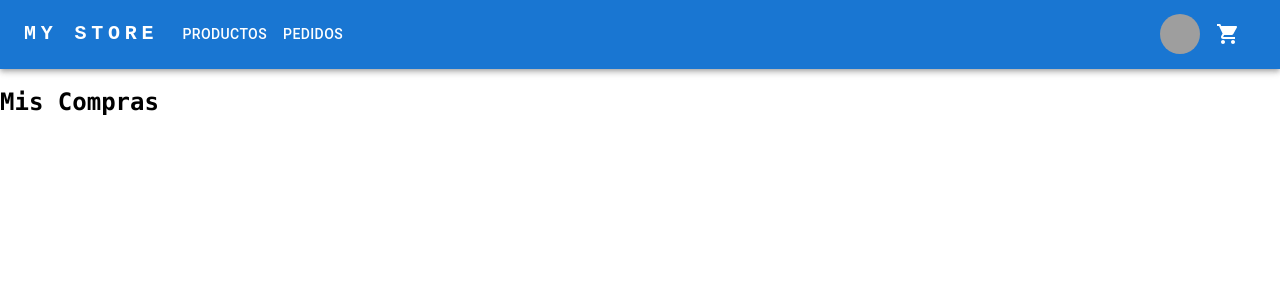
Repository: DanielBorussia/front-my-store
Page: /OrderList
An editor plug-in stored every save of this project. The page is shown before and after the next save, followed by the edit.
The browser window is 1280 px wide. The pictures show the whole page.
Pictures or frames that could not be fetched are drawn as grey boxes. The project was rebuilt for these pictures with package versions that can differ from the ones it lists, and the page was loaded fresh each time. Also part of the build but not shown: src/components/OrderItem.js, src/containers/MyOrderPreview.js, src/components/ProductItem.js, src/hooks/useGetProducts.js, src/shared/Loading.js, src/containers/ProductList.js, src/pages/Home.js.

Above is the page before, as saved 2023-07-01 16:27:04.

### src/index.js
import React from 'react';
import ReactDOM from 'react-dom/client';
import './index.css';
import App from './routes/App';
import reportWebVitals from './reportWebVitals';

const root = ReactDOM.createRoot(document.getElementById('root'));
root.render(
  <React.StrictMode>
    <App />
  </React.StrictMode>
);

// If you want to start measuring performance in your app, pass a function
// to log results (for example: reportWebVitals(console.log))
// or send to an analytics endpoint. Learn more: https://bit.ly/CRA-vitals
reportWebVitals();

### src/index.css
body {
  margin: 0;
  -webkit-font-smoothing: antialiased;
  -moz-osx-font-smoothing: grayscale;
  font-family: source-code-pro, Menlo, Monaco, Consolas, "Courier New",
  monospace;
}

### src/routes/App.js
import React from 'react';
import { BrowserRouter, Routes, Route } from 'react-router-dom';
import useInitialState from '../hooks/useInitialState';
import AppContext from '../context/AppContext';
import Layout from '../containers/Layout';
import Home from '../pages/Home';
import ShoppingList from '../containers/ShoppingList';

const App = () => {
    const initialState = useInitialState();
    return (
        //encapsular la aplicacion para compartir la informacion
        <AppContext.Provider value={initialState}>
        <BrowserRouter>
            <Layout>
            <Routes>
                <Route exact path="/" element={<Home/>} />
                <Route exact path="/OrderList" element={<ShoppingList/>} />
            </Routes>
            </Layout>
        </BrowserRouter>
        </AppContext.Provider>

    );
}

export default App;

### src/hooks/useInitialState.js
import { useState } from 'react';

const initialState = {
    cart: [],
}

const useInitialState = () => {
    const [state, setState] = useState(initialState);

    const addToCart = (payload) => {
        setState({
            ...state,
            cart: [...state.cart, payload]
        });
    };

    const removeFromCart = (payload) => {
        setState({
            ...state,
            cart: state.cart.filter(item => item.id != payload.id),
        })
    }

    return {
        state,
        addToCart,
        removeFromCart
    }
}

export default useInitialState;

### src/containers/Layout.js
import React from 'react';
import Header from '../components/Header';

const Layout = ({ children }) => {
	return (
		<div className="Layout">
			<Header />
			{children}
		</div>
	);
}

export default Layout;

### src/containers/ShoppingList.js
import { useState } from "react";
// UI
import ShoppingItem from "../components/ShoppingItem";
import { Box } from "@mui/material";

const ShoppingList = () => {
    const [orders, setOrders] = useState([
        {
            id: 1,
            total: 1200,
            cide: '45SADASD',
            products:[
                {
                    id: 1,
                    title: 'product 1',
                    image: 'https://assets.adidas.com/images/w_280,h_280,f_auto,q_auto:sensitive/d1d0a4a589d44010bb8daacd00a85d46_9366/FM3897_250_FM3897_01_laydown.jpg.jpg'
                },
                {
                    id: 2,
                    title: 'product 2',
                    image: 'https://assets.adidas.com/images/w_280,h_280,f_auto,q_auto:sensitive/42c462d2f5d94d80930bae6701225f46_9366/HG7757_120_HG7757_03_standard.jpg.jpg'
                }
            ]
        }
    ]);

    return (
        <section className="main__container">
            <h1>Mis Compras</h1>
            <Box className="soppingList">
                {orders.map(order => (
                    <ShoppingItem order={order} key={order.id} />
                ))}
            </Box>

    </section>
    );
}

export default ShoppingList;

### src/components/Header.js
import React, { useContext, useState } from 'react';
// UI
import AppBar from '@mui/material/AppBar';
import Box from '@mui/material/Box';
import Toolbar from '@mui/material/Toolbar';
import IconButton from '@mui/material/IconButton';
import Typography from '@mui/material/Typography';
import Menu from '@mui/material/Menu';
import MenuIcon from '@mui/icons-material/Menu';
import Container from '@mui/material/Container';
import Avatar from '@mui/material/Avatar';
import Button from '@mui/material/Button';
import Tooltip from '@mui/material/Tooltip';
import MenuItem from '@mui/material/MenuItem';
import AdbIcon from '@mui/icons-material/Adb';
import ShoppingCartIcon from '@mui/icons-material/ShoppingCart';
import AppContext from '../context/AppContext';
import MyOrderPreview from '../containers/MyOrderPreview';

const pages = ['Productos', 'Pedidos'];
const settings = ['Perfil', 'Mis Pedidos', 'Salir'];

const Header = () => {
    const { state } = useContext(AppContext);
    const [anchorElNav, setAnchorElNav] = useState(null);
    const [anchorElUser, setAnchorElUser] = useState(null);
    const [toggleOrderPreview, setToggleOrderPreview] = useState(false);

    const handleOpenNavMenu = (event) => {
        setAnchorElNav(event.currentTarget);
    };

    const handleOpenUserMenu = (event) => {
        setAnchorElUser(event.currentTarget);
    };

    const handleCloseNavMenu = () => {
        setAnchorElNav(null);
    };

    const handleCloseUserMenu = () => {
        setAnchorElUser(null);
    };

    return (
    <AppBar position="static">
      <Container maxWidth="xl">
        <Toolbar disableGutters>
          <Typography
            variant="h6"
            noWrap
            component="a"
            href="/"
            sx={{
              mr: 2,
              display: { xs: 'none', md: 'flex' },
              fontFamily: 'monospace',
              fontWeight: 700,
              letterSpacing: '.3rem',
              color: 'inherit',
              textDecoration: 'none',
            }}
          >
            MY STORE
          </Typography>

          <Box sx={{ flexGrow: 1, display: { xs: 'flex', md: 'none' } }}>
            <IconButton
              size="large"
              aria-label="account of current user"
              aria-controls="menu-appbar"
              aria-haspopup="true"
              onClick={handleOpenNavMenu}
              color="inherit"
            >
              <MenuIcon />
            </IconButton>
            <Menu
              id="menu-appbar"
              anchorEl={anchorElNav}
              anchorOrigin={{
                vertical: 'bottom',
                horizontal: 'left',
              }}
              keepMounted
              transformOrigin={{
                vertical: 'top',
                horizontal: 'left',
              }}
              open={Boolean(anchorElNav)}
              onClose={handleCloseNavMenu}
              sx={{
                display: { xs: 'block', md: 'none' },
              }}
            >
              {pages.map((page) => (
                <MenuItem key={page} onClick={handleCloseNavMenu}>
                  <Typography textAlign="center">{page}</Typography>
                </MenuItem>
              ))}
            </Menu>
          </Box>
          <AdbIcon sx={{ display: { xs: 'flex', md: 'none' }, mr: 1 }} />


          <Typography
            variant="h5"
            noWrap
            component="a"
            href=""
            sx={{
              mr: 2,
              display: { xs: 'flex', md: 'none' },
              flexGrow: 1,
              fontFamily: 'monospace',
              fontWeight: 700,
              letterSpacing: '.3rem',
              color: 'inherit',
              textDecoration: 'none',
            }}
          >
            MY STORE
          </Typography>
          <Box sx={{ flexGrow: 1, display: { xs: 'none', md: 'flex' } }}>
            {pages.map((page) => (
              <Button
                key={page}
                onClick={handleCloseNavMenu}
                sx={{ my: 2, color: 'white', display: 'block' }}
              >
                {page}
              </Button>
            ))}
          </Box>

          <Box sx={{ flexGrow: 0 }}>
            <Tooltip title="Open settings">
              <IconButton onClick={handleOpenUserMenu} sx={{ p: 0 }}>
                <Avatar alt="Remy Sharp" src="/static/images/avatar/2.jpg" />
              </IconButton>
            </Tooltip>
            <Menu
              sx={{ mt: '45px' }}
              id="menu-appbar"
              anchorEl={anchorElUser}
              anchorOrigin={{
                vertical: 'top',
                horizontal: 'right',
              }}
              keepMounted
              transformOrigin={{
                vertical: 'top',
                horizontal: 'right',
              }}
              open={Boolean(anchorElUser)}
              onClose={handleCloseUserMenu}
            >
              {settings.map((setting) => (
                <MenuItem key={setting} onClick={handleCloseUserMenu}>
                  <Typography textAlign="center">{setting}</Typography>
                </MenuItem>
              ))}
            </Menu>
          </Box>
          <Box sx={{ margin: 2 }}>
            <Tooltip title="Car">
              <IconButton  onClick={() => setToggleOrderPreview(!toggleOrderPreview)} color="inherit" sx={{ p: 0 }}>
               <ShoppingCartIcon />
               {state.cart.length > 0 ? <div>{state.cart.length}</div>  : null}
              </IconButton>
            </Tooltip>
          </Box>
        </Toolbar>
      </Container>
      {toggleOrderPreview && <MyOrderPreview />}
    </AppBar>
  );
}

export default Header;

### src/components/ShoppingItem.js
import React from 'react'

const ShoppingItem = ({ order }) => {
    return (
        <section className='shoppingItem'>

        </section>
    );
}

export default ShoppingItem;

### src/styles/ProductList.scss
@import 'vars';

.productList {
	display: grid;
	grid-template-columns: repeat(auto-fill, 240px);
	gap: 26px;
	place-content: center;
	margin: 3em 0 0 0;
}

@media (max-width: 640px) {
	.productList {
		grid-template-columns: repeat(auto-fill, 140px);
	}
}

### src/styles/MyOrderPreview.scss
@import 'vars';

.myOrderPreview {
	transition: all 0.25s;
    -webkit-transition: all 0.25s;
	overflow:hidden;
    background: #fff;
	width: 360px;
	height: 100%;
	padding: 24px;
	box-sizing: border-box;
	position: absolute;
	right: 0;
	top: 69px;
	border-radius: 6px;
	bottom: 0;
	z-index: 1;
	border: 1px solid var(--very-light-pink);
    .myOrderPreview__title {
        display: flex;
        font-size: var(--lg);
	    font-weight: bold;
		color: var(--black);
        img {
            margin-right: 14px;
         }
    }
}



.myOrderPreview__resume {
	display: grid;
	grid-template-columns: auto 1fr;
	gap: 16px;
	align-items: center;
	background-color: var(--text-input-field);
	margin-bottom: 24px;
	border-radius: 8px;
	padding: 0 24px;
	color: var(--black);

	.myOrderPreview__resume--label {
		font-size: var(--md);
		font-weight: bold;
	}
	.myOrderPreview__resume--value {
		text-align: end;
		font-weight: bold;
	}
}

.primary-button {
	background-color: var(--hospital-green);
	border-radius: 8px;
	border: none;
	color: var(--white);
	width: 100%;
	cursor: pointer;
	font-size: var(--md);
	font-weight: bold;
	height: 50px;
}
@media (max-width: 640px) {
	.myOrderPreview {
		width: 100%;
	}
}

### src/styles/ProductItem.scss
@import 'vars';

.productItem {
	width: 240px;
}
.productItem img {
	width: 240px;
	height: 240px;
	border-radius: 20px;
	object-fit: cover;
	cursor: pointer;
}
.productItem__info {
	cursor: pointer;
	display: flex;
	justify-content: space-between;
	align-items: center;
	margin-top: 12px;
}
.productItem__info figure {
	margin: 0;
}
.productItem__info figure img {
	width: 35px;
	height: 35px;
}
.productItem__info div p:nth-child(1) {
	font-weight: bold;
	font-size: var(--md);
	margin-top: 0;
	margin-bottom: 4px;
}
.productItem__info div p:nth-child(2) {
	font-size: var(--sm);
	margin-top: 0;
	margin-bottom: 0;
	color: var(--very-light-pink);
}
@media (max-width: 640px) {
	.cards-container {
		grid-template-columns: repeat(auto-fill, 140px);
	}
	.ProductItem {
		width: 140px;
	}
	.ProductItem img {
		width: 140px;
		height: 140px;
	}
}

### src/styles/_vars.scss
:root {
	--white: #FFFFFF;
	--black: #000000;
	--very-light-pink: #C7C7C7;
	--text-input-field: #F7F7F7;
	--hospital-green: #ACD9B2;
	--sm: 14px;
	--md: 16px;
	--lg: 18px;
}

### src/styles/OrderItem.scss
@import 'vars';

.orderItem {
	display: grid;
	grid-template-columns: auto 1fr auto auto;
	gap: 16px;
	margin-bottom: 24px;
	align-items: center;
    .orderItem__image img{
        width: 70px;
        height: 70px;
        border-radius: 20px;
        object-fit: cover;
    }
    .orderItem__information--title{
        color: var(--very-light-pink);
    }
    .orderItem__information--price{
        font-size: var(--md);
        font-weight: bold;
        color: var(--black);
    }
}

Loaded but not shown: public/index.html (common file); src/reportWebVitals.js (common file); src/context/AppContext.js (common file)

After the next save:
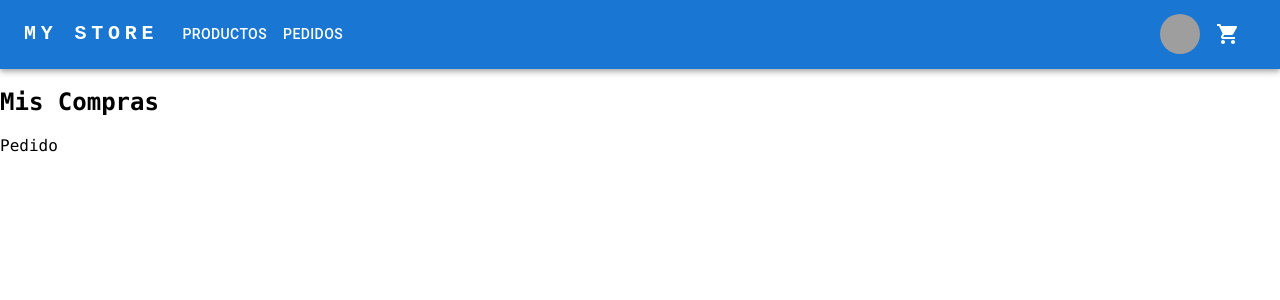
Saved 68 s later.
--- a/src/components/ShoppingItem.js
+++ b/src/components/ShoppingItem.js
@@ -1,9 +1,12 @@
+import { Box } from '@mui/material';
 import React from 'react'
 
 const ShoppingItem = ({ order }) => {
     return (
         <section className='shoppingItem'>
-
+            <Box className="shoppingItem__info">
+                <span>Pedido {order.code}</span>
+            </Box>
         </section>
     );
 }
